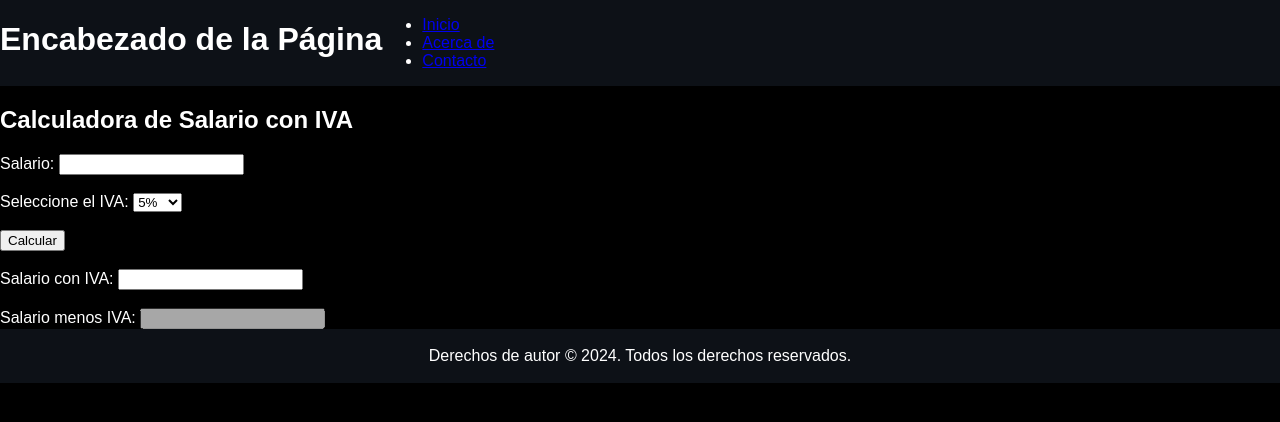
Repository: Support-Soft-Solutions/Proyecto-Final-Continuidad
Page: test.html
The author's editor kept a record of every edit. The page is drawn from the files as they stood at one moment, then again after the next edit.
The browser window is 1280 px wide. The pictures show the whole page.

Above is the page before.

### test.html
<!DOCTYPE html>
<html lang="es">
<head>
    <meta charset="UTF-8">
    <meta name="viewport" content="width=device-width, initial-scale=1.0">
    <meta name="robots" content="index, follow">
    <meta name="theme-color" content="#000000">
    <title>Título de la Página</title>
    <link rel="stylesheet" href="styles.css">
    <link rel="icon" type="image/png" href="">
</head>
<body>
    <header>
        <h1>Encabezado de la Página</h1>
        <nav>
            <ul>
                <li><a href="#">Inicio</a></li>
                <li><a href="#">Acerca de</a></li>
                <li><a href="#">Contacto</a></li>
            </ul>
        </nav>
    </header>

    <main>
        <article>
            <h1>Calculadora de Salario con IVA</h1>
            <label for="salario">Salario:</label>
            <input type="number" id="salario">
            <br><br>
            <label for="iva">Seleccione el IVA:</label>
            <select id="iva">
                <option value="0.05">5%</option>
                <option value="0.12">12%</option>
            </select>
            <br><br>
            <button onclick="calcular()">Calcular</button>
            <br><br>
            <label for="resultado">Salario con IVA:</label>
            <input type="text" id="resultado">
            <br><br>
            <label for="salario-iva">Salario menos IVA:</label>
            <input type="text" id="salario-iva" disabled>
        </article>
    </main>

    <footer>
        <p>Derechos de autor © 2024. Todos los derechos reservados.</p>
    </footer>

    <script src="script.js"></script>
</body>
</html>

### styles.css
body {
    margin: 0;
    color: #FFFFFF;
    /*background-color: #161b22;*/
    background-color: #000000;
    font-family: Arial, Helvetica, sans-serif;
}
header{
    display: flex;
    background-color: #0d1117;
}

footer{
    text-align: center;
    padding-top: 2px;
    padding-bottom: 2px;
    background-color: #0d1117;
}

### script.js
function calcular() {
            var salario = parseFloat(document.getElementById('salario').value);
            var porcentajeIVA = parseFloat(document.getElementById('iva').value);
            var salarioConIVA = salario + (salario * porcentajeIVA);
            var salarioMenosIVA = salarioConIVA - salario;
            document.getElementById('resultado').value = salarioConIVA.toFixed(2);
            document.getElementById('salario-iva').value = salarioMenosIVA.toFixed(2);
        }

After the next edit:
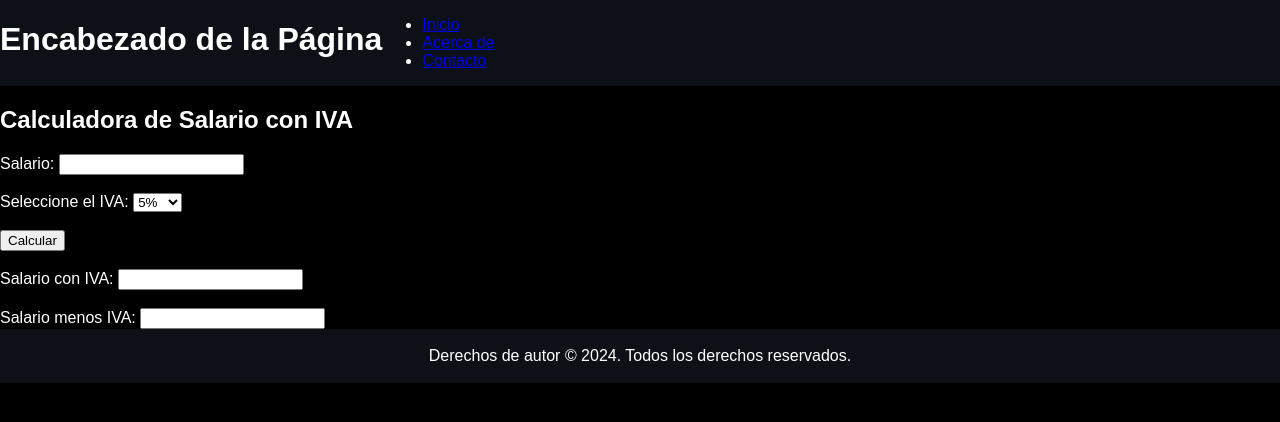
The edit:
--- a/test.html
+++ b/test.html
@@ -39,7 +39,7 @@
             <input type="text" id="resultado">
             <br><br>
             <label for="salario-iva">Salario menos IVA:</label>
-            <input type="text" id="salario-iva" disabled>
+            <input type="text" id="salario-iva">
         </article>
     </main>
 
